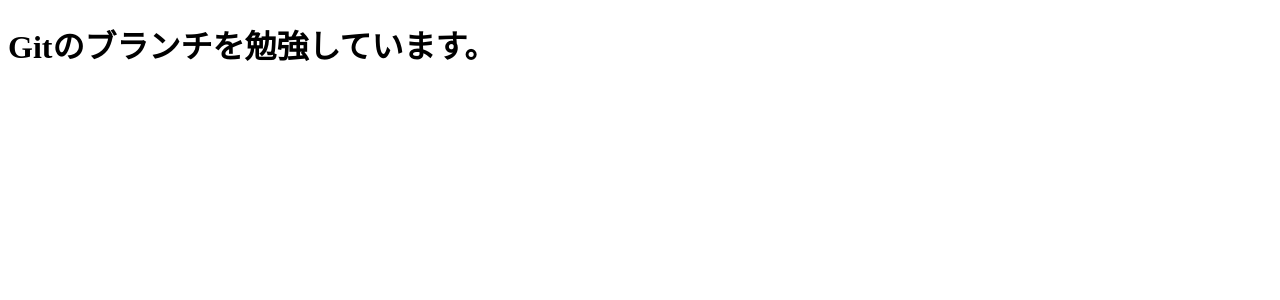
Repository: Ads-A-Miyamoto/git-study
Page: index.html
The author's editor kept a copy of each file at every save. The page is drawn from the files as they stood at one save, then again after a run of saves.
The browser window is 1280 px wide. The pictures show the whole page.

Above is the page before, as saved 2025-11-14 11:24:04.

After the next 2 saves:
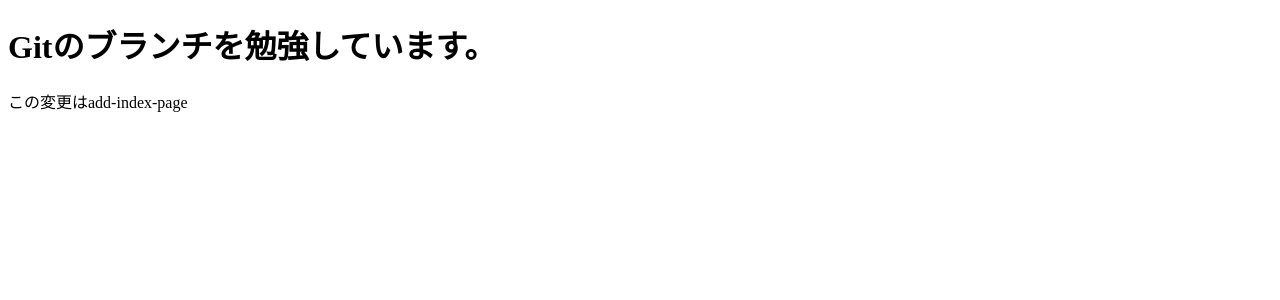
The 2 saves are shown as one change because they came seconds apart.
The last was saved 12 s later.
--- a/index.html
+++ b/index.html
@@ -7,6 +7,6 @@
 </head>
 <body>
   <h1>Gitのブランチを勉強しています。</h1>
-  <p></p>
+  <p>この変更はadd-index-page</p>
 </body>
 </html>
